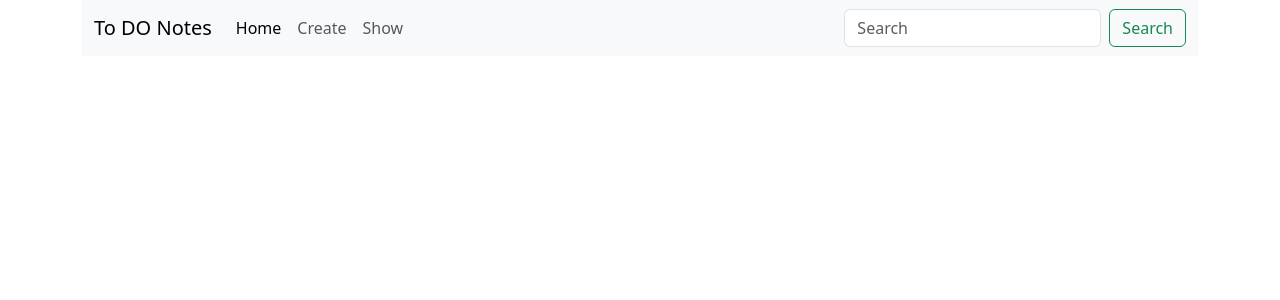
Repository: mrking14/Advance-Java-Projects
Page: http://localhost/NoteTaker/
These files come from the project's save history. The page is drawn as it stood at one moment and after the next save; the edit follows.
The browser window is 1280 px wide. The pictures show the whole page.
The page is served by Tomcat 9. Other server files are loaded and not shown.

Above is the page before, as saved 2023-06-25 09:03:54.

### NoteTaker/src/main/webapp/index.jsp
<!doctype html>
<html lang="en">
  <head>
    <meta charset="utf-8">
    <meta name="viewport" content="width=device-width, initial-scale=1">
    <title>Note Taking WebApp</title>
    <link href="https://cdn.jsdelivr.net/npm/bootstrap@5.3.0/dist/css/bootstrap.min.css" rel="stylesheet" integrity="sha384-9ndCyUaIbzAi2FUVXJi0CjmCapSmO7SnpJef0486qhLnuZ2cdeRhO02iuK6FUUVM" crossorigin="anonymous">
  </head>
  <body>
    <div class = "container">
    <%@include file="navbar.jsp" %>
    </div>

    <script src="https://cdn.jsdelivr.net/npm/bootstrap@5.3.0/dist/js/bootstrap.bundle.min.js" integrity="sha384-geWF76RCwLtnZ8qwWowPQNguL3RmwHVBC9FhGdlKrxdiJJigb/j/68SIy3Te4Bkz" crossorigin="anonymous"></script>
  </body>
</html>

### NoteTaker/src/main/webapp/navbar.jsp
<nav class="navbar navbar-expand-lg bg-body-tertiary">
  <div class="container-fluid">
    <a class="navbar-brand" href="#">To DO Notes</a>
    <button class="navbar-toggler" type="button" data-bs-toggle="collapse" data-bs-target="#navbarSupportedContent" aria-controls="navbarSupportedContent" aria-expanded="false" aria-label="Toggle navigation">
      <span class="navbar-toggler-icon"></span>
    </button>
    <div class="collapse navbar-collapse" id="navbarSupportedContent">
      <ul class="navbar-nav me-auto mb-2 mb-lg-0">
        <li class="nav-item">
          <a class="nav-link active" aria-current="page" href="#">Home</a>
        </li>
        <li class="nav-item">
          <a class="nav-link" href="#">Create</a>
        </li>
        <li class="nav-item">
          <a class="nav-link ">Show</a>
        </li>
      </ul>
      <form class="d-flex" role="search">
        <input class="form-control me-2" type="search" placeholder="Search" aria-label="Search">
        <button class="btn btn-outline-success" type="submit">Search</button>
      </form>
    </div>
  </div>
</nav>

After the next save:
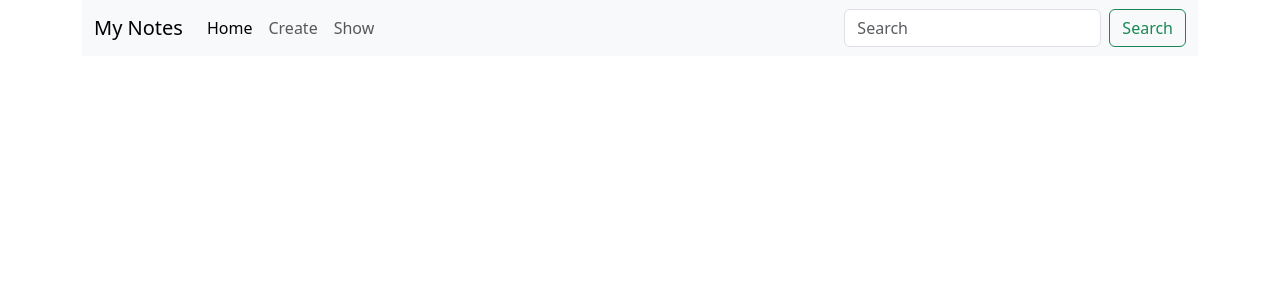
Saved 24 s later.
--- a/NoteTaker/src/main/webapp/navbar.jsp
+++ b/NoteTaker/src/main/webapp/navbar.jsp
@@ -1,6 +1,6 @@
 <nav class="navbar navbar-expand-lg bg-body-tertiary">
   <div class="container-fluid">
-    <a class="navbar-brand" href="#">To DO Notes</a>
+    <a class="navbar-brand" href="#">My Notes</a>
     <button class="navbar-toggler" type="button" data-bs-toggle="collapse" data-bs-target="#navbarSupportedContent" aria-controls="navbarSupportedContent" aria-expanded="false" aria-label="Toggle navigation">
       <span class="navbar-toggler-icon"></span>
     </button>
